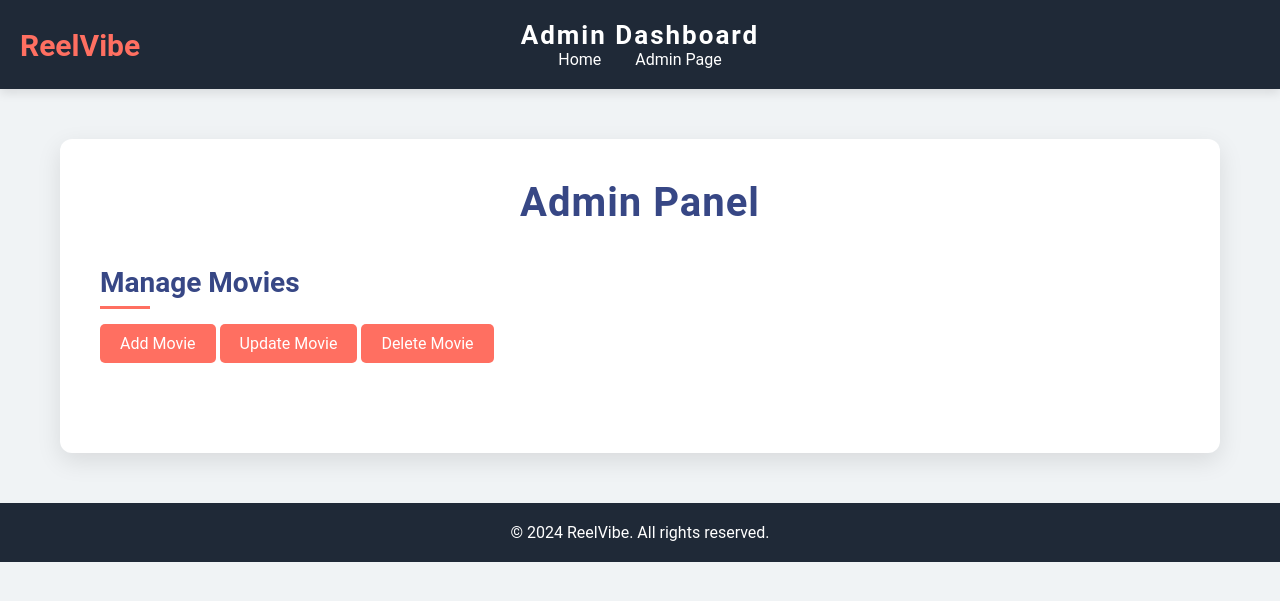
Repository: Szachii/Online-Movie-and-TV-series-browsing-system
Page: http://localhost/movie/admin.jsp
An editor plug-in stored every save of this project. The page is shown before and after the next save, followed by the edit.
The browser window is 1280 px wide. The pictures show the whole page.
The page is served by Tomcat 9. Other server files are loaded and not shown.

Above is the page before, as saved 2024-10-14 14:59:01.

### movie/src/main/webapp/admin.jsp
<!DOCTYPE html>
<html lang="en">

<head>
    <meta charset="UTF-8">
    <meta name="viewport" content="width=device-width, initial-scale=1.0">
    <title>Admin Page - ReelVibe</title>
    <style>
        /* Global Styling */
        * {
            margin: 0;
            padding: 0;
            box-sizing: border-box;
            font-family: 'Roboto', sans-serif;
        }

        body {
            background-color: #f0f3f5;
            color: #333;
        }

        /* Header from homepage */
        header {
            background-color: #1f2937;
            padding: 20px;
            text-align: center;
            position: relative;
            box-shadow: 0 4px 10px rgba(0, 0, 0, 0.1);
        }

        .system-name {
            position: absolute;
            top: 50%;
            left: 20px;
            transform: translateY(-50%);
            font-size: 30px;
            color: #FF6F61;
            font-weight: bold;
        }

        header h1 {
            color: #ffffff;
            font-size: 26px;
            letter-spacing: 2px;
        }

        nav a {
            color: #ffffff;
            margin: 0 15px;
            text-decoration: none;
            font-size: 16px;
            transition: color 0.3s;
        }

        nav a:hover {
            color: #ff6f61;
        }

        /* Main Container */
        main {
            max-width: 1200px;
            margin: 50px auto;
            padding: 0 20px;
        }

        h2 {
            text-align: center;
            color: #374785;
            font-size: 2.5em;
            margin-bottom: 40px;
            font-weight: 600;
            letter-spacing: 1px;
        }

        .admin-container {
            background-color: #ffffff;
            padding: 40px;
            border-radius: 12px;
            box-shadow: 0 8px 24px rgba(0, 0, 0, 0.1);
        }

        .admin-section {
            margin-bottom: 50px;
        }

        .admin-section h3 {
            font-size: 1.75em;
            color: #374785;
            margin-bottom: 15px;
            position: relative;
            padding-bottom: 10px;
        }

        .admin-section h3::after {
            content: "";
            position: absolute;
            width: 50px;
            height: 3px;
            background-color: #ff6f61;
            left: 0;
            bottom: 0;
        }

        .admin-section button {
            padding: 10px 20px;
            background-color: #FF6F61;
            color: #ffffff;
            border: none;
            border-radius: 5px;
            cursor: pointer;
            font-size: 16px;
            transition: background-color 0.3s, transform 0.3s;
        }

        .admin-section button:hover {
            background-color: #e65550;
            transform: translateY(-2px);
        }

        /* Forms Styling */
        .admin-form {
            margin-top: 30px;
        }

        .admin-form label {
            font-size: 16px;
            color: #333;
            margin-bottom: 8px;
            display: block;
        }

        .admin-form input,
        .admin-form textarea {
            width: 100%;
            padding: 12px;
            margin-bottom: 20px;
            border: 1px solid #ddd;
            border-radius: 8px;
            font-size: 16px;
            color: #333;
            transition: border 0.3s;
        }

        .admin-form input:focus,
        .admin-form textarea:focus {
            border-color: #FF6F61;
            outline: none;
        }

        .admin-form button {
            width: 50%; /* Reduced width */
            padding: 8px; /* Reduced padding */
            background-color: #374785;
            color: white;
            border: none;
            border-radius: 8px;
            font-size: 14px; /* Reduced font size */
            cursor: pointer;
            transition: background-color 0.3s, transform 0.3s;
            display: block;
            margin: 0 auto; /* Centers the button */
        }

        .admin-form button:hover {
            background-color: #2c3e50;
            transform: translateY(-2px);
        }

        /* Smooth show/hide transitions */
        .form-container {
            display: none;
            opacity: 0;
            transition: opacity 0.3s ease-in-out;
        }

        .form-container.show {
            display: block;
            opacity: 1;
        }

        /* Footer from homepage */
        footer {
            text-align: center;
            padding: 20px;
            background-color: #1f2937;
            color: white;
            position: relative;
            bottom: 0;
            left: 0;
            width: 100%;
            margin-top: 50px;
        }

        /* Responsive design */
        @media (max-width: 768px) {
            .admin-section button {
                width: 100%;
                margin-bottom: 10px;
            }

            nav a {
                font-size: 14px;
            }

            h2 {
                font-size: 2em;
            }
        }
    </style>
</head>

<body>
    <header>
        <div class="system-name">ReelVibe</div>
        <h1>Admin Dashboard</h1>
        <nav>
            <a href="home.html">Home</a>
            <a href="admin.html">Admin Page</a>
        </nav>
    </header>

    <main>
        <section class="admin-container">
            <h2>Admin Panel</h2>

            <!-- Manage Movies Section -->
            <div class="admin-section">
                <h3>Manage Movies</h3>
                <button onclick="toggleForm('add-movie-form')">Add Movie</button>
                <button onclick="toggleForm('update-movie-form')">Update Movie</button>
                <button onclick="toggleForm('delete-movie-form')">Delete Movie</button>

                <div id="add-movie-form" class="form-container">
                    <h4>Add New Movie</h4>
                    <form class="admin-form" method="post" action="AddMovie" enctype="multipart/form-data">
                        <label for="movie-title">Title:</label>
                        <input type="text" id="movie-title" name="title" required>

                        <input type="radio" id="movie" name="type" value="movie">
                        <label for="movie">Movie</label>
                        <input type="radio" id="tvseries" name="type" value="tvseries">
                        <label for="tvseries">TV Series</label>

                        <label for="movie-genre">Genre:</label>
                        <input type="text" id="movie-genre" name="genre" required>

                        <label for="movie-year">Release Year:</label>
                        <input type="number" id="movie-year" name="year" required>

                        <label for="faq-answer">Description:</label>
                        <textarea id="faq-answer" rows="5" name="dec" required></textarea>

                        <label for="poster">Select Poster Image:</label>
                        <input type="file" id="poster" name="poster" accept="image/*" required>

                        <button type="submit">Submit</button>
                    </form>
                </div>

                <!-- Similar code for Update and Delete forms -->
            </div>
        </section>
    </main>

    <footer>
        <p>&copy; 2024 ReelVibe. All rights reserved.</p>
    </footer>

    <script>
        function toggleForm(formId) {
            const forms = document.querySelectorAll('.form-container');
            forms.forEach(form => form.classList.remove('show'));

            const selectedForm = document.getElementById(formId);
            selectedForm.classList.add('show');
        }
    </script>
</body>

</html>

After the next save:
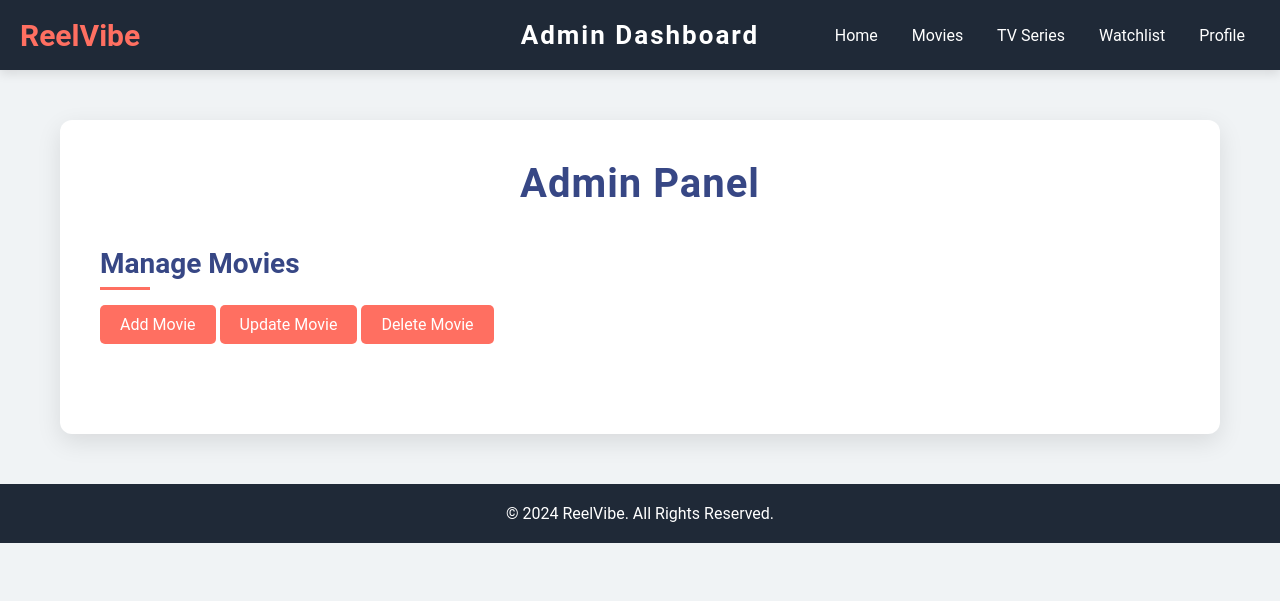
Saved 3 min 32 s later.
--- a/movie/src/main/webapp/admin.jsp
+++ b/movie/src/main/webapp/admin.jsp
@@ -19,7 +19,6 @@
             color: #333;
         }
 
-        /* Header from homepage */
         header {
             background-color: #1f2937;
             padding: 20px;
@@ -42,6 +41,15 @@
             color: #ffffff;
             font-size: 26px;
             letter-spacing: 2px;
+        }
+
+        /* Navigation Bar */
+        nav {
+            text-align: right;
+            position: absolute;
+            right: 20px;
+            top: 50%;
+            transform: translateY(-50%);
         }
 
         nav a {
@@ -166,19 +174,6 @@
             transform: translateY(-2px);
         }
 
-        /* Smooth show/hide transitions */
-        .form-container {
-            display: none;
-            opacity: 0;
-            transition: opacity 0.3s ease-in-out;
-        }
-
-        .form-container.show {
-            display: block;
-            opacity: 1;
-        }
-
-        /* Footer from homepage */
         footer {
             text-align: center;
             padding: 20px;
@@ -191,6 +186,18 @@
             margin-top: 50px;
         }
 
+        /* Smooth show/hide transitions */
+        .form-container {
+            display: none;
+            opacity: 0;
+            transition: opacity 0.3s ease-in-out;
+        }
+
+        .form-container.show {
+            display: block;
+            opacity: 1;
+        }
+
         /* Responsive design */
         @media (max-width: 768px) {
             .admin-section button {
@@ -215,7 +222,10 @@
         <h1>Admin Dashboard</h1>
         <nav>
             <a href="home.html">Home</a>
-            <a href="admin.html">Admin Page</a>
+            <a href="movies.html">Movies</a>
+            <a href="tvseries.html">TV Series</a>
+            <a href="watchlist.html">Watchlist</a>
+            <a href="profile.html">Profile</a>
         </nav>
     </header>
 
@@ -236,7 +246,7 @@
                         <label for="movie-title">Title:</label>
                         <input type="text" id="movie-title" name="title" required>
 
-                        <input type="radio" id="movie" name="type" value="movie">
+                        <input type="radio" id="movie" name="type" value="movie"><br>
                         <label for="movie">Movie</label>
                         <input type="radio" id="tvseries" name="type" value="tvseries">
                         <label for="tvseries">TV Series</label>
@@ -257,24 +267,64 @@
                     </form>
                 </div>
 
-                <!-- Similar code for Update and Delete forms -->
+                <div id="update-movie-form" class="form-container">
+                    <h4>Update Movie</h4>
+                    <form class="admin-form" method="post" action="UpdateMovie" enctype="multipart/form-data">
+                        <label for="movie-id-update">Title:</label>
+                        <input type="text" id="movie-id-update" name="title" required>
+
+                        <label for="movie-title-update">New Title:</label>
+                        <input type="text" id="movie-title-update" name="newtitle">
+
+                        <input type="radio" id="movie" name="newtype" value="movie"><br>
+                        <label for="movie">Movie</label>
+                        <input type="radio" id="tvseries" name="newtype" value="tvseries">
+                        <label for="tvseries">TV Series</label>
+
+                        <label for="movie-genre-update">New Genre:</label>
+                        <input type="text" id="movie-genre-update" name="newgenre">
+
+                        <label for="movie-year-update">New Release Year:</label>
+                        <input type="number" id="movie-year-update" name="newyear">
+
+                        <label for="faq-answer-update">New Description:</label>
+                        <textarea id="faq-answer-update" rows="5" name="newdec"></textarea>
+
+                        <label for="poster-update">Select New Poster Image:</label>
+                        <input type="file" id="poster-update" name="poster" accept="image/*">
+
+                        <button type="submit">Submit</button>
+                    </form>
+                </div>
+
+                <div id="delete-movie-form" class="form-container">
+                    <h4>Delete Movie</h4>
+                    <form class="admin-form" method="post" action="DeleteMovie">
+                        <label for="movie-id-delete">Movie Title:</label>
+                        <input type="text" id="movie-id-delete" name="title" required>
+
+                        <button type="submit">Delete</button>
+                    </form>
+                </div>
             </div>
+
         </section>
     </main>
 
     <footer>
-        <p>&copy; 2024 ReelVibe. All rights reserved.</p>
+        &copy; 2024 ReelVibe. All Rights Reserved.
     </footer>
 
     <script>
         function toggleForm(formId) {
-            const forms = document.querySelectorAll('.form-container');
-            forms.forEach(form => form.classList.remove('show'));
-
-            const selectedForm = document.getElementById(formId);
-            selectedForm.classList.add('show');
+            var forms = document.querySelectorAll('.form-container');
+            forms.forEach(function (form) {
+                form.classList.remove('show');
+            });
+            document.getElementById(formId).classList.add('show');
         }
     </script>
+
 </body>
 
 </html>
